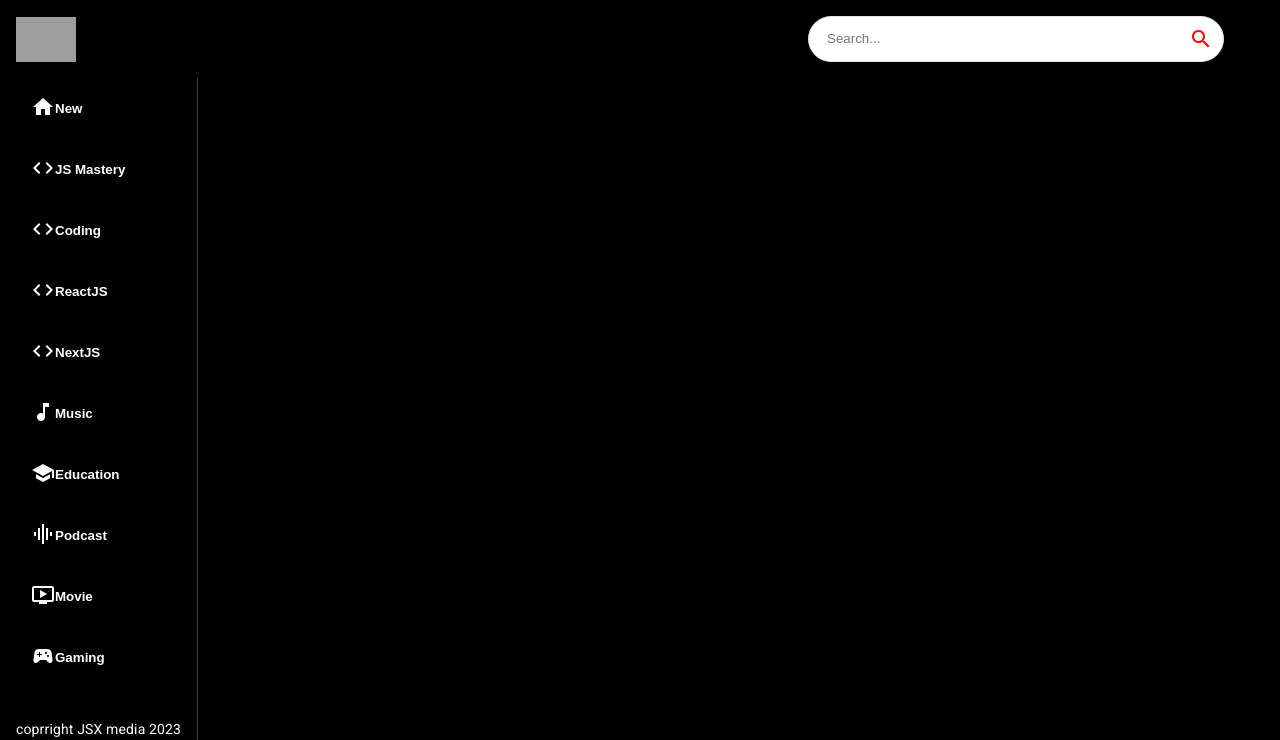
Repository: hieuhieu10/youtube_clone
Page: /
An editor plug-in stored every save of this project. The page is shown before and after the next save, followed by the edit.
The browser window is 1280 px wide. The pictures show the whole page.
Pictures or frames that could not be fetched are drawn as grey boxes. The project was rebuilt for these pictures with package versions that can differ from the ones it lists, and the page was loaded fresh each time. Also part of the build but not shown: src/components/ChannelDetail.jsx, src/components/VideoDetail.jsx, src/components/SearchFeed.jsx.

Above is the page before, as saved 2023-04-13 18:05:33.

### public/index.html
<!DOCTYPE html>
<html lang="en">

<head>
  <meta charset="utf-8" />
  <link rel="icon" href="%PUBLIC_URL%/favicon.ico" />
  <meta name="viewport" content="width=device-width, initial-scale=1" />
  <meta name="theme-color" content="#000000" />
  <meta name="description" content="Web site created using create-react-app" />
  <link rel="apple-touch-icon" href="%PUBLIC_URL%/logo192.png" />

  <link rel="manifest" href="%PUBLIC_URL%/manifest.json" />
  <link rel="stylesheet" href="https://fonts.googleapis.com/icon?family=Material+Icons" />
  <link rel="stylesheet" href="https://fonts.googleapis.com/css?family=Roboto:300,400,500,700&display=swap" />
  <title>youtube Clone</title>
</head>

<body>
  <noscript>You need to enable JavaScript to run this app.</noscript>
  <div id="root"></div>

</body>

</html>

### src/index.js
import React from "react";
import  ReactDOM  from "react-dom/client";

import App from "./App";
import './index.css';

const root = ReactDOM.createRoot(document.getElementById('root'))
root.render(<App/>)

### src/App.js
import React from 'react'
import { BrowserRouter, Routes, Route } from 'react-router-dom'
import { Box } from '@mui/material'

import { Navbar, ChannelDetail, Feed, SearchFeed, VideoDetail } from './components'

const App = () => (
      <BrowserRouter>
      <Box sx={{backgroundColor: '#000'}}>
         < Navbar/>
          <Routes>
            <Route path='/' exact element={<Feed/>}/>
            <Route path='/video/:id'  element={<VideoDetail/>}/>
            <Route path='/Channel/:id'  element={<ChannelDetail/>}/>
            <Route path='/Search/:SearchTerm'  element={<SearchFeed/>}/>
          </Routes>
      </Box>
      </BrowserRouter>
      )

export default App

### src/components/index.js
export {default as Navbar}  from './Navbar'
export {default as Feed} from './Feed'
export {default as ChannelDetail} from './ChannelDetail'
export {default as VideoDetail} from './VideoDetail'
export {default as SearchFeed} from './SearchFeed'
export {default as SearchBar} from './SearchBar'
export {default as SideBar} from './SideBar'

### src/components/Navbar.jsx
import { Stack } from "@mui/material"
import { Link } from "react-router-dom"

import {logo} from '../utils/constants'
import SearchBar from "./SearchBar"
const Navbar = () => (
    <Stack direction='row'
    alignItems='center'
    p={2}
    sx={{ position: 'sticky',background: '#000',
    top:0, justifyContent: 'space-between' }}>
      <Link to='/' style={{display: 'flex', alignItems: 'center'}}>
        <img src={logo} alt="logo" height={45}/>
      </Link>
      <SearchBar/>

      </Stack>
  )


export default Navbar

### src/components/Feed.jsx
import { useState, useEffect } from "react"
import { Box, Stack, Typography } from "@mui/material"
import SideBar from "./SideBar"
const Feed = () => {
  return (
    <Stack sx={{flexDirection: {sx: "column", md: "row"}}}>
      <Box sx={{height: {sx: 'auto', md: '92vh', } , borderRight: '1px solid #3d3d3d', px: {sx: 0, md: 2}}}>
        <SideBar/>
        <Typography className="copyright" variant="body2" sx={{mt: 1.5, color: '#fff'}}>
          coprright JSX media 2023
        </Typography>
      </Box>

    </Stack>
  )
}

export default Feed

### src/components/SearchBar.jsx
import { useState } from "react"
import { useNavigate } from "react-router-dom"
import { Paper, IconButton } from "@mui/material"
import {Search} from '@mui/icons-material'

const SearchBar = () => {
  return (
    <Paper component="form" onSubmit={()=>{}}
    sx={{borderRadius: 20 ,
        border: '1px solid #e3e3e3',
        pl:2,
        boxShadow: 'none',
        mr: {sm:5}
        }}>
          <input className="search-bar" placeholder="Search..." value="" onChange={()=>{}}/>
          <IconButton type="submit" sx={{p:'10px', color:'red' }}>
            <Search/>
          </IconButton>

    </Paper>
  )
}

export default SearchBar

### src/components/SideBar.jsx
import { Stack } from "@mui/material"
import { categories } from "../utils/constants"


const selectedCategory = "new"
const SideBar = () => {
  return (
    <Stack direction='row' sx={{overflow: 'auto', height: {sx: 'auto', md: '95%'}, flexDirection: { md: 'column'}}}>
        {categories.map((category) => (
            <button className="category-btn"
              style={{background: category.name === selectedCategory && '#FC1503', color: 'white'}}
              key={category.name}
            >
                <span>{category.icon}</span>
                <span>{category.name}</span>

            </button>
        ))}
    </Stack>
  )
}

export default SideBar

### src/utils/constants.js
import MusicNoteIcon from '@mui/icons-material/MusicNote';
import HomeIcon from '@mui/icons-material/Home';
import CodeIcon from '@mui/icons-material/Code';
import OndemandVideoIcon from '@mui/icons-material/OndemandVideo';
import SportsEsportsIcon from '@mui/icons-material/SportsEsports';
import LiveTvIcon from '@mui/icons-material/LiveTv';
import SchoolIcon from '@mui/icons-material/School';
import FaceRetouchingNaturalIcon from '@mui/icons-material/FaceRetouchingNatural';
import CheckroomIcon from '@mui/icons-material/Checkroom';
import GraphicEqIcon from '@mui/icons-material/GraphicEq';
import TheaterComedyIcon from '@mui/icons-material/TheaterComedy';
import FitnessCenterIcon from '@mui/icons-material/FitnessCenter';
import DeveloperModeIcon from '@mui/icons-material/DeveloperMode';

export const logo = 'https://i.ibb.co/s9Qys2j/logo.png';

export const categories = [
  { name: 'New', icon: <HomeIcon />, },
  { name: 'JS Mastery', icon: <CodeIcon />, },
  { name: 'Coding', icon: <CodeIcon />, },
  { name: 'ReactJS', icon: <CodeIcon />, },
  { name: 'NextJS', icon: <CodeIcon />, },
  { name: 'Music', icon: <MusicNoteIcon /> },
  { name: 'Education', icon: <SchoolIcon />, },
  { name: 'Podcast', icon: <GraphicEqIcon />, },
  { name: 'Movie', icon: <OndemandVideoIcon />, },
  { name: 'Gaming', icon: <SportsEsportsIcon />, },
  { name: 'Live', icon: <LiveTvIcon />, },
  { name: 'Sport', icon: <FitnessCenterIcon />, },
  { name: 'Fashion', icon: <CheckroomIcon />, },
  { name: 'Beauty', icon: <FaceRetouchingNaturalIcon />, },
  { name: 'Comedy', icon: <TheaterComedyIcon />, },
  { name: 'Gym', icon: <FitnessCenterIcon />, },
  { name: 'Crypto', icon: <DeveloperModeIcon />, },
];

export const demoThumbnailUrl = 'https://i.ibb.co/G2L2Gwp/API-Course.png';
export const demoChannelUrl = '/channel/UCmXmlB4-HJytD7wek0Uo97A';
export const demoVideoUrl = '/video/GDa8kZLNhJ4';
export const demoChannelTitle = 'JavaScript Mastery';
export const demoVideoTitle = 'Build and Deploy 5 JavaScript & React API Projects in 10 Hours - Full Course | RapidAPI';
export const demoProfilePicture = 'http://dergipark.org.tr/assets/app/images/buddy_sample.png'

Loaded but not shown: src/index.css (common file)

After the next save:
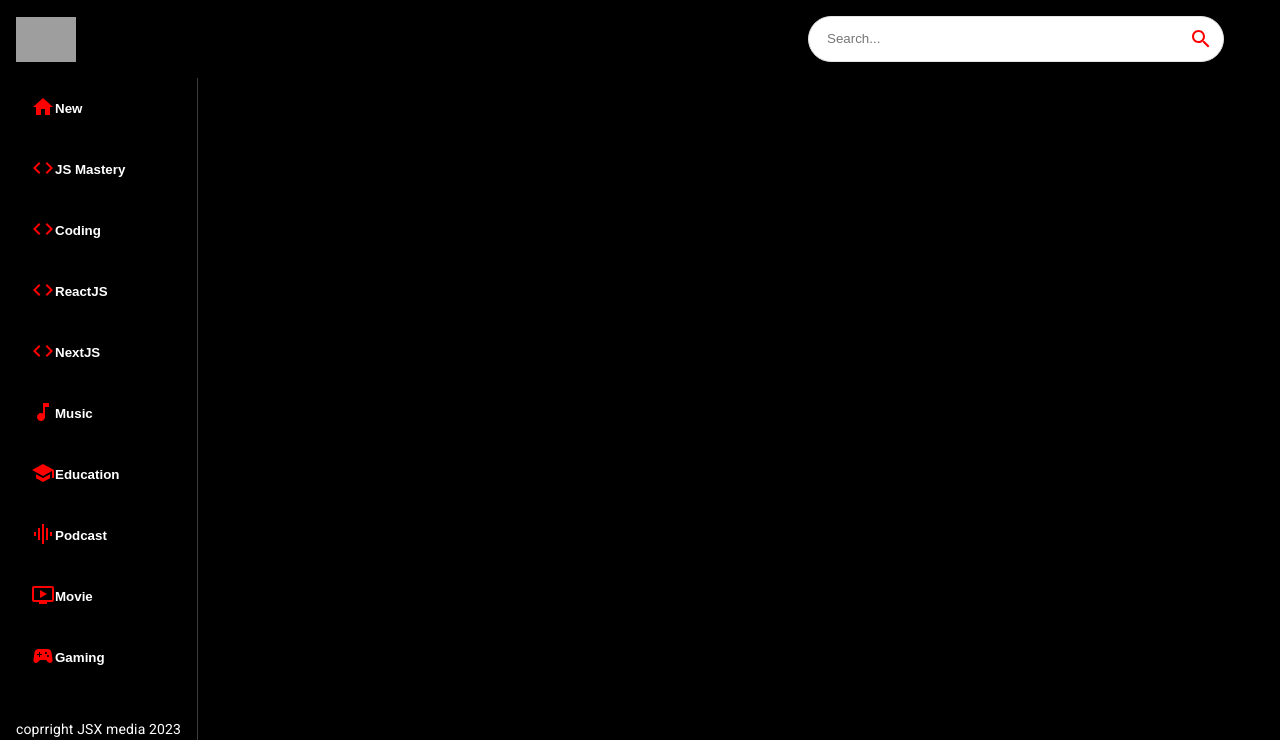
Saved 2 min 40 s later.
--- a/src/components/SideBar.jsx
+++ b/src/components/SideBar.jsx
@@ -11,7 +11,7 @@
               style={{background: category.name === selectedCategory && '#FC1503', color: 'white'}}
               key={category.name}
             >
-                <span>{category.icon}</span>
+                <span style={{color: category.name === selectedCategory ? 'white' : 'red'}}>{category.icon}</span>
                 <span>{category.name}</span>
 
             </button>
